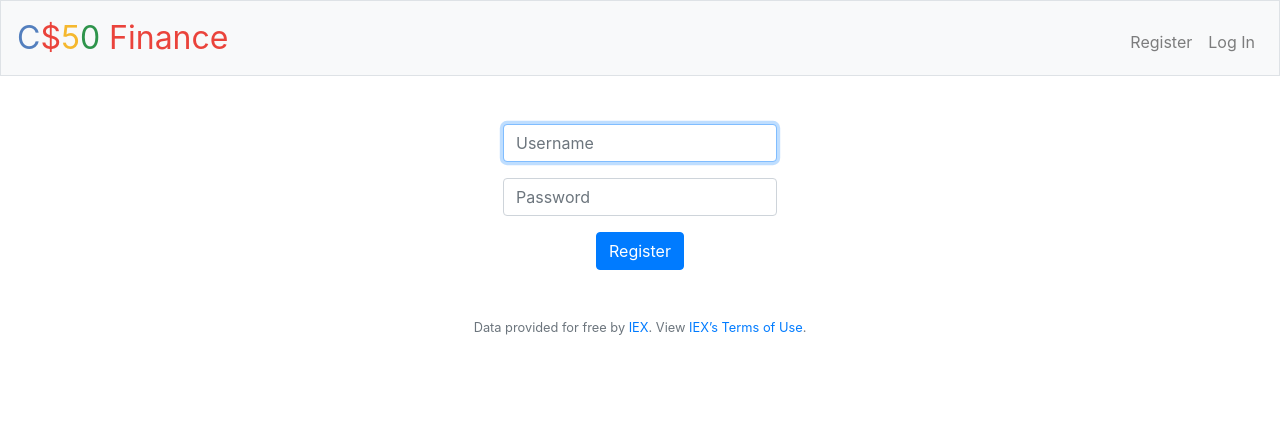
Repository: sanderdebr/cs50
Page: finance/templates/register.html
The author's editor kept a record of every edit. The page is drawn from the files as they stood at one moment, then again after the next edit.
The browser window is 1280 px wide. The pictures show the whole page.
The template is drawn by Flask 3. The application's start-up code is not run. The template is opened directly, without the code that normally fills it, so the values that code supplies are empty.

Above is the page before.

After the next edit:
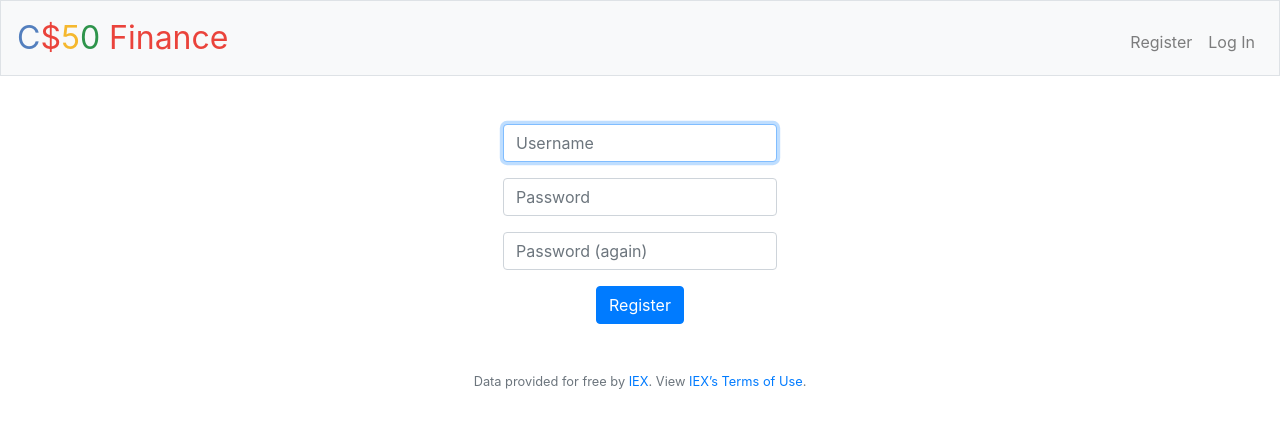
The edit:
--- a/finance/templates/register.html
+++ b/finance/templates/register.html
@@ -12,6 +12,9 @@
         <div class="form-group">
             <input class="form-control" name="password" placeholder="Password" type="password">
         </div>
+        <div class="form-group">
+            <input class="form-control" name="password2" placeholder="Password (again)" type="password">
+        </div>
         <button class="btn btn-primary" type="submit">Register</button>
     </form>
 {% endblock %}
